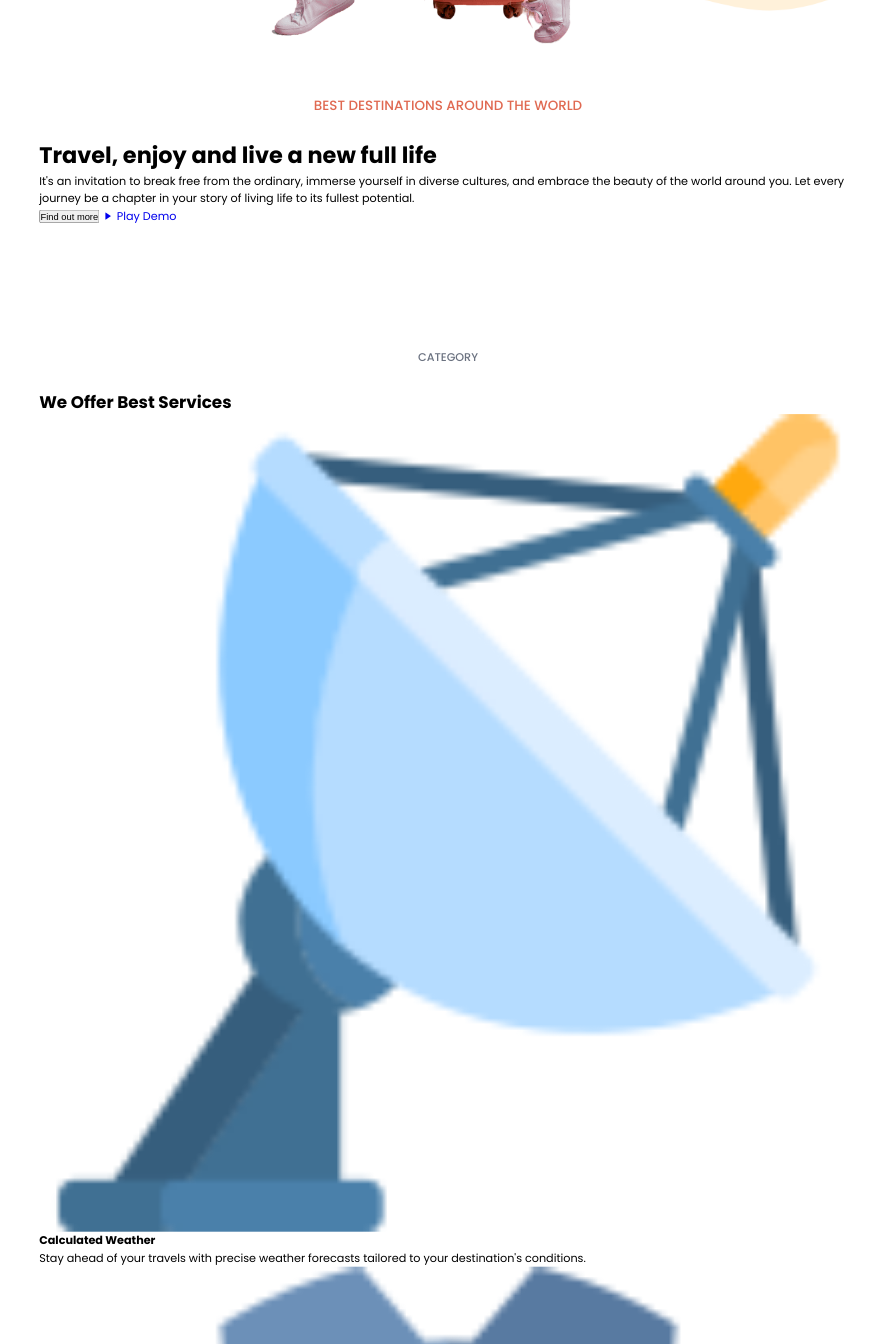
Repository: ntandomagana/travel-website
Page: index.html
The author's editor kept a copy of each file at every save. The page is drawn from the files as they stood at one save, then again after a run of saves.
The browser window is 1280 px wide. The pictures show the part of the page from y = 622 to 2542 px (the page is 11064 px tall before and 11080 px after), at 70% of full size.

Above is the page before, as saved 2024-05-07 09:31:42.

### index.html
<!DOCTYPE html>
<html lang="en">
  <head>
    <meta charset="UTF-8" />
    <meta name="viewport" content="width=device-width, initial-scale=1.0" />
    <link
      href="https://cdn.jsdelivr.net/npm/remixicon@4.2.0/fonts/remixicon.css"
      rel="stylesheet"
    />
    <link
      rel="stylesheet"
      href="https://cdn.jsdelivr.net/npm/swiper@11/swiper-bundle.min.css"
    />
    <link rel="stylesheet" href="style.css" />
    <title>Travel Website</title>
  </head>
  <body>
    <nav>
      <div class="nav-header">
        <div class="logo">
          <a href="#" class="logo">Travel<span>S</span>.</a>
        </div>
        <div class="nav-menu-btn" id="menu-btn">
          <i class="ri-menu-line"></i>
        </div>
      </div>

      <ul class="nav-links" id="nav-links">
        <li><a href="#home">Home</a></li>
        <li><a href="#service">Services</a></li>
        <li><a href="#destination">Destinations</a></li>
        <li><a href="#trips">Trips</a></li>
        <li><a href="#client">Clients</a></li>
      </ul>
    </nav>

    <header class="section-container header-container" id="home">
      <div class="header-image">
        <img src="assets/header.png" alt="header" />
      </div>
      <div class="header-content">
        <h3 class="section-subheader">BEST DESTINATIONS AROUND THE WORLD</h3>
        <h1>Travel, enjoy and live a new full life</h1>
        <p>
          It's an invitation to break free from the ordinary, immerse yourself
          in diverse cultures, and embrace the beauty of the world around you.
          Let every journey be a chapter in your story of living life to its
          fullest potential.
        </p>
        <div class="header-btns">
          <button class="btn">Find out more</button>
          <a href="#">
            <span><i class="ri-play-fill"></i></span>
            Play Demo
          </a>
        </div>
      </div>
    </header>

    <section class="section-container service-container" id="service">
      <h3 class="section-subheader">CATEGORY</h3>
      <h2 class="section-header">We Offer Best Services</h2>
      <div class="service-grid">
        <div class="service-card">
          <img src="assets/weather.png" alt="service" />
          <h4>Calculated Weather</h4>
          <p>
            Stay ahead of your travels with precise weather forecasts tailored
            to your destination's conditions.
          </p>
        </div>
        <div class="service-card">
          <img src="assets/customisation.png" alt="service" />
          <h4>Customizations</h4>
          <p>
            Tailor your journey with personalized customizations, ensuring every
            detail reflects your unique travel style.
          </p>
        </div>
      </div>
    </section>

    <section class="section-container destination-container" id="destination">
      <h3 class="section-subheader">TOP SELLING</h3>
      <h2 class="section-header">Top Destinations</h2>
      <div class="destination-grid">
        <div class="destination-card">
          <img src="assets/destination-1.jpg" alt="destination" />
          <div class="destination-details">
            <div>
              <h4>Rome, Italy</h4>
              <h4>$5.42k</h4>
            </div>
            <p>
              <span><i class="ri-navigation-fill"></i></span>
              10 days trip
            </p>
          </div>
        </div>
        <div class="destination-card">
          <img src="assets/destination-3.jpg" alt="destination" />
          <div class="destination-details">
            <div>
              <h4>Full Europe</h4>
              <h4>$15k</h4>
            </div>
            <p>
              <span><i class="ri-navigation-fill"></i></span>
              28 Days Trip
            </p>
          </div>
        </div>
      </div>
    </section>

    <section class="section-container trip-container" id="trip">
      <div class="trip-image">
        <img src="assets/trip.png" />
      </div>
      <div class="trip-content">
        <h3 class="section-subheader">EASY & FAST</h3>
        <h2 class="section-header">Book Your Next Trip in 3 Easy Steps</h2>
        <ul class="trip-list">
          <li>
            <span><i class="ri-signpost-line"></i></span>
            <div>
              <h4>Choose Destination</h4>
              <p>
                Choose your dream destination from our curated selection of
                exotic locales, bustling cities, and serene getaways.
              </p>
            </div>
          </li>

          <li>
            <span><i class="ri-secure-payment-line"></i></span>
            <div>
              <h4>Reach Airport on Selected Date</h4>
              <p>
                Prepare for takeoff as you finalize your travel plans, arriving
                at the airport on your selected date ready to embark on your
                next unforgettable journey.
              </p>
            </div>
          </li>
        </ul>
      </div>
    </section>

    <section class="section-container clinet-container" id="client">
      <div class="client-content">
        <h3 class="section-subheader">TESTIMONIALS</h3>
        <h2 class="section-header">What People Say About Us</h2>
      </div>
      <div class="client-swiper">
        <!--Slider main container-->
        <div class="swiper">
          <!--Additional required wrapper-->
          <div class="swiper-wrapper">
            <!--Slides-->
            <div class="swiper-slide">
              <div class="client-card">
                <img src="assets/client-1.jpg" alt="client" />
                <div class="client-card-content">
                  <p>
                    Booking my trips through this platform has been a
                    game-changer! From the intuitive interface to the seamless
                    booking process, I've never felt more excited to explore new
                    destinations.
                  </p>
                  <h4>Emily Watson</h4>
                  <h5>Travel Enthusiast</h5>
                </div>
              </div>
            </div>
            <div class="swiper-slide">
              <div class="client-card">
                <img src="assets/client-2.jpg" alt="client" />
                <div class="client-card-content">
                  <p>
                    As a busy professional, time is of the essence. This website
                    made planning my vacation a breeze, allowing me to focus on
                    what matters most: making memories with my family.
                  </p>
                  <h4>David Nguyen</h4>
                  <h5>Business Executive</h5>
                </div>
              </div>
            </div>

            <div class="swiper-slide">
              <div class="client-card">
                <img src="assets/client-3.jpg" alt="client" />
                <div class="client-card-content">
                  <p>
                    I've been using this service for years, and it never
                    disappoints. The convenience of booking my flights,
                    accommodations, and activities all in one place saves me
                    time and stress every trip.
                  </p>
                  <h4>Michael Johnson</h4>
                  <h5>Frequent Flyer</h5>
                </div>
              </div>
            </div>
          </div>
        </div>
      </div>
    </section>

    <footer class="footer">
      <div class="section-container footer-container">
        <div class="footer-col">
          <div class="footer-logo">
            <a href="#" class="logo">Travel<span>S</span>.</a>
          </div>
          <p>
            Our platform is your passport to seamless adventures, offering a
            curated selection of destinations and a user-friendly booking
            experience.
          </p>
        </div>
        <div class="footer-col">
            <h4>Company</h4>
            <ul class="footer-links">
                <li><a href="#">About</a></li>
                <li><a href="#">Careers</a></li>
                <li><a href="#">Mobile</a></li>
            </ul>
        </div>
        <div class="footer-col">
          <h4>Contact</h4>
          <ul class="footer-links">
            <li><a href="#">Help/FAQ</a></li>
            <li><a href="#">Press</a></li>
            <li><a href="#">Affiliates</a></li>
          </ul>
        </div>
        <div class="footer-col">
          <ul class="footer-socials">
            <li>
              <a href="#"><i class="ri-facebook-fill"></i></a>
            </li>
            <li>
              <a href="#"><i class="ri-instagram-line"></i></a>
            </li>
            <li>
              <a href="#"><i class="ri-twitter-fill"></i></a>
            </li>
          </ul>
          <h5>Discover our app</h5>
          <div class="footer-discover">
            <a href="#"><img src="assets/google-play.jpg" alt="discover" /></a>
            <a href="#"><img src="assets/app-store.jpg" alt="discover" /></a>
          </div>
        </div>
      </div>
      <div class="footer-bar">
        Copyright © 2024 TravelS. All rights reserved.
      </div>
    </footer>

    <script src="https://unpkg.com/scrollreveal"></script>
    <script src="https://cdn.jsdelivr.net/npm/swiper@11/swiper-bundle.min.js"></script>
    <script src="main.js"></script>

      </div>

    </footer>
  </body>
</html>

### style.css
@import url("https://fonts.googleapis.com/css2?family=Poppins:ital,wght@0,100;0,200;0,300;0,400;0,500;0,600;0,700;0,800;0,900;1,100;1,200;1,300;1,400;1,500;1,600;1,700;1,800;1,900&display=swap");

:root {
  --primary-color: #e06951;
  --text-dark: #111827;
  --text-light: #6b7280;
  --white: #ffffff;
  --max-width: 1200px;
}

* {
  padding: 0;
  margin: 0;
  box-sizing: border-box;
}

html,
body {
    scroll-behavior: smooth;
}

body {
    font-family: "Poppins", sans-serif;
    background-image: url(assets/header-bg.png);
    background-size: contain;
    background-position: top center;
    background-repeat: no-repeat;
}

nav {
    position: fixed;
    isolation: isolate;
    width: 100%;
    max-width: var(--max-width);
    margin-inline: auto;
    z-index: 9;
}

.nav-header {
    padding: 1rem;
    width: 100%;
    display: flex;
    align-items: center;
    justify-content: space-between;
    background-color: var(--text-dark);
}

.nav-header .logo  {
    color: var(--white);
}

.nav-menu-btn {
    font-size: 1rem;
    color: var(--white);
    cursor: pointer;
}

.nav-links {
    position: absolute;
    top: 65px;
    left: 0;
    width: 100%;
    list-style: none;
    display: flex;
    align-items: center;
    justify-content: center;
    flex-direction: column;
    gap: 2rem;
    padding: 2rem;
    background-color: var(--text-dark);
    transition: 0.5s;
    z-index: -1;
    transform: translateY(-100%);
}

.nav-links.open {
    transform: translateY(0);
}

.nav-links a {
    font-weight: 500;
    white-space: nowrap;
    color: var(--white);
}

.nav-links a:hover {
    color: var(--primary-color);
}


.section-container {
  max-width: var(--max-width);
  margin: auto;
  padding: 5rem 1rem;
}

.section-subheader {
  margin-bottom: 1rem;
  font-size: 1rem;
  font-weight: 500;
  line-height: 3.75rem;
  color: var(--text-light);
  text-align: center;
}

.logo {
  font-size: 1.75rem;
  font-weight: 600;
  color: var(--text-dark);
}

.logo span {
  color: var(--primary-color);
}

img {
  display: flex;
  width: 100%;
}

a {
    text-decoration: none;
    transition: 0.4s;
}

ul {
    list-style: none;
}

.header-container {
    display: grid;
    gap: 2rem;
    overflow: hidden;
}

.header-image img {
    max-width: 550px;
    margin-inline: auto;
}

.header-content .section-subheader {
    font-size: 1.2rem;
    color: var(--primary-color);
}

.header

Loaded but not shown: main.js (no copy from this time; the picture is the same without it)

After the next 4 saves:
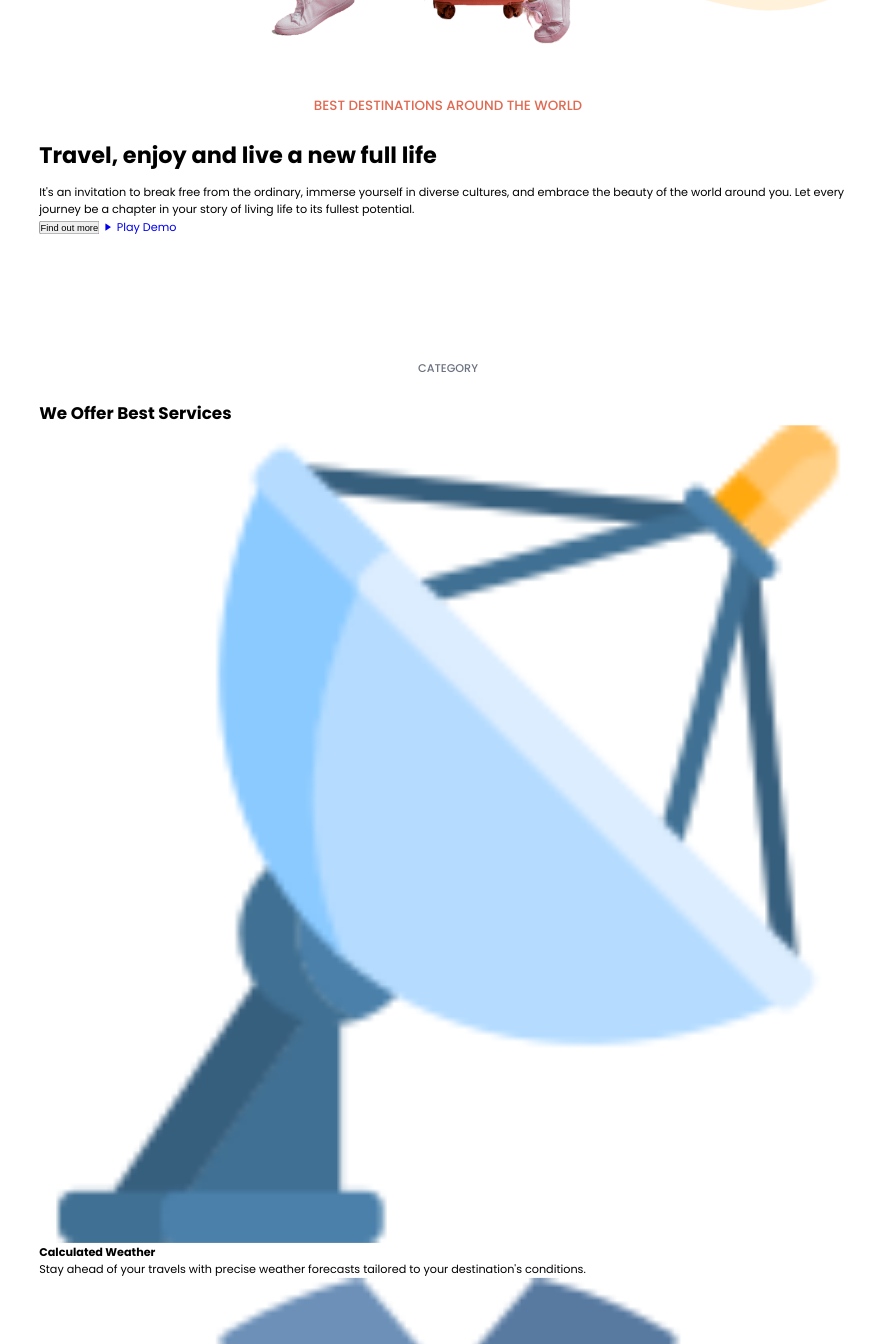
The 4 saves are shown as one change because they came seconds apart.
The last was saved 15 s later.
--- a/style.css
+++ b/style.css
@@ -143,4 +143,6 @@ ul {
     color: var(--primary-color);
 }
 
-.header
+.header-content h1 {
+    margin-bottom: 1rem;
+}
